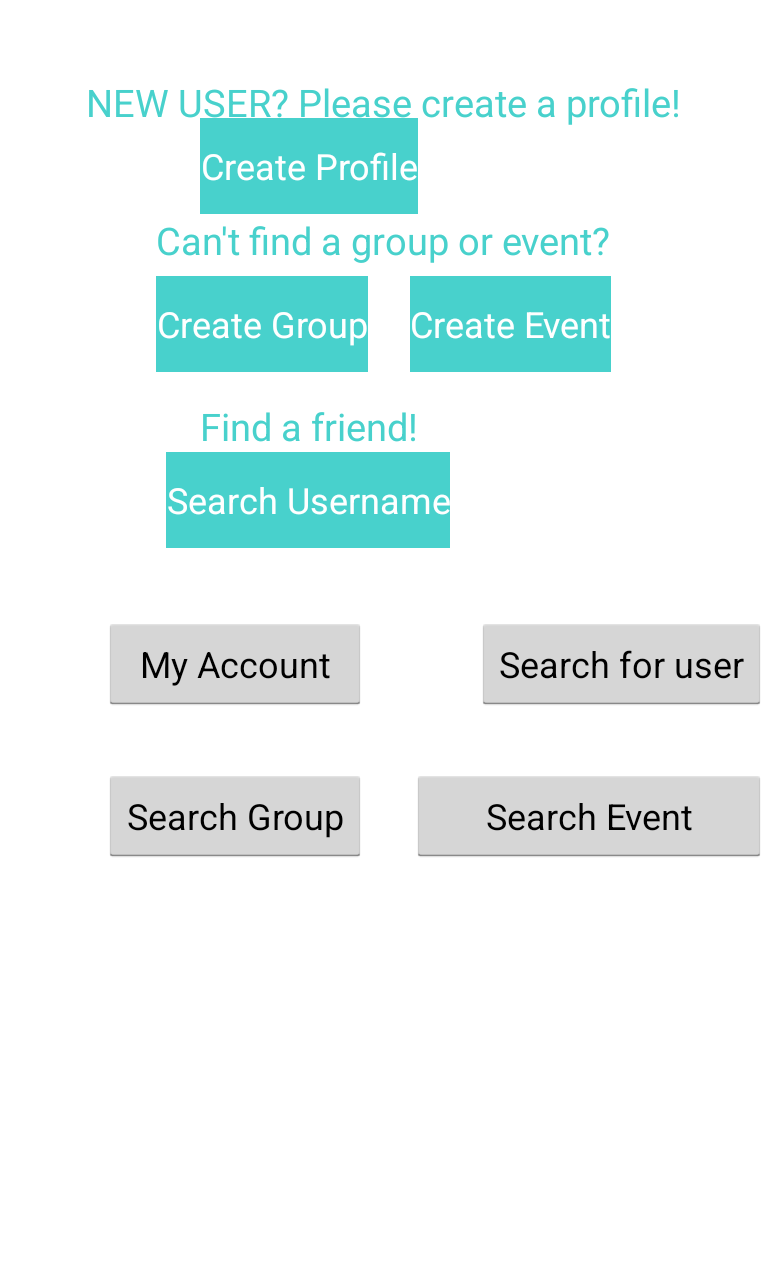
Repository: COMP231-S63G1/COMP231-S63G1
Layout: Wanna/res/layout/activity_person_login_success.xml
The author's editor kept a copy of each file at every save. The layout is drawn from the files as they stood at one save, then again after the next save.
It is drawn on a 768 x 1280 px phone screen (xhdpi) without system bars, with theme AppTheme; the app's code is not run.

Above is the layout before, as saved 2014-12-08 03:22:09.

### Wanna/res/layout/activity_person_login_success.xml
<RelativeLayout xmlns:android="http://schemas.android.com/apk/res/android"
    android:layout_width="match_parent"
    android:layout_height="match_parent" >

    <TextView
        android:id="@+id/textwelcome"
        android:layout_width="300dp"
        android:layout_height="40dp"
        android:layout_marginLeft="100dp"
        android:layout_marginTop="98dp"
        android:gravity="center"
        android:textColor="#48D1CC"
        android:textSize="25sp" />

    <TextView
        android:id="@+id/lname"
        android:layout_width="125dp"
        android:layout_height="40dp"
        android:layout_marginLeft="100dp"
        android:layout_marginTop="98dp"
        android:textColor="#ffffff"
        android:textSize="20sp" />

    <TextView
        android:id="@+id/textView1"
        android:layout_width="wrap_content"
        android:layout_height="wrap_content"
        android:layout_alignParentTop="true"
        android:layout_centerHorizontal="true"
        android:layout_marginTop="38dp"
        android:text="NEW USER? Please create a profile!"
        android:textColor="#48D1CC"
        android:textSize="19sp" />

    <Button
        android:id="@+id/button3"
        android:layout_width="wrap_content"
        android:layout_height="wrap_content"
        android:layout_above="@+id/textView2"
        android:layout_alignLeft="@+id/textwelcome"
        android:background="#48D1CC"
        android:onClick="onCreateProfile"
        android:text="Create Profile"
        android:textColor="#ffffff" />

    <Button
        android:id="@+id/button2"
        android:layout_width="wrap_content"
        android:layout_height="wrap_content"
        android:layout_alignLeft="@+id/textView2"
        android:layout_below="@+id/textwelcome"
        android:background="#48D1CC"
        android:onClick="onCreateGroup"
        android:text="Create Group"
        android:textColor="#ffffff" />

    <Button
        android:id="@+id/button9"
        android:layout_width="wrap_content"
        android:layout_height="wrap_content"
        android:layout_alignBaseline="@+id/button2"
        android:layout_alignBottom="@+id/button2"
        android:layout_alignRight="@+id/textView2"
        android:background="#48D1CC"
        android:onClick="onCreateEvent"
        android:text="Create Event"
        android:textColor="#ffffff" />

    <TextView
        android:id="@+id/textView3"
        android:layout_width="wrap_content"
        android:layout_height="wrap_content"
        android:layout_alignRight="@+id/button3"
        android:layout_below="@+id/button2"
        android:layout_marginTop="14dp"
        android:text="Find a friend!"
        android:textColor="#48D1CC"
        android:textSize="19sp" />

    <Button
        android:id="@+id/button1"
        android:layout_width="wrap_content"
        android:layout_height="wrap_content"
        android:layout_alignRight="@+id/lname"
        android:layout_below="@+id/textView3"
        android:background="#48D1CC"
        android:onClick="onSearchUserName"
        android:text="Search Username"
        android:textColor="#ffffff" />

    <TextView
        android:id="@+id/textView2"
        android:layout_width="wrap_content"
        android:layout_height="wrap_content"
        android:layout_alignBaseline="@+id/textwelcome"
        android:layout_alignBottom="@+id/textwelcome"
        android:layout_centerHorizontal="true"
        android:text="Can&apos;t find a group or event?"
        android:textColor="#48D1CC"
        android:textSize="19sp" />

    <Button
        android:id="@+id/button5"
        android:layout_width="wrap_content"
        android:layout_height="wrap_content"
        android:layout_alignBaseline="@+id/button7"
        android:layout_alignBottom="@+id/button7"
        android:layout_alignLeft="@+id/button9"
        android:layout_alignParentRight="true"
        android:onClick="searcheventclick"
        android:text="Search Event" />

    <Button
        android:id="@+id/button6"
        android:layout_width="wrap_content"
        android:layout_height="wrap_content"
        android:layout_alignBaseline="@+id/button4"
        android:layout_alignBottom="@+id/button4"
        android:layout_alignParentRight="true"
        android:onClick="searchfilterationclick"
        android:text="Search for user" />

    <Button
        android:id="@+id/button4"
        android:layout_width="wrap_content"
        android:layout_height="wrap_content"
        android:layout_alignLeft="@+id/button7"
        android:layout_alignRight="@+id/button7"
        android:layout_below="@+id/button1"
        android:layout_marginTop="34dp"
        android:onClick="myaccountclick"
        android:text="My Account" />

    <Button
        android:id="@+id/button7"
        android:layout_width="wrap_content"
        android:layout_height="wrap_content"
        android:layout_alignRight="@+id/button2"
        android:layout_below="@+id/button4"
        android:layout_marginTop="28dp"
        android:onClick="searchgroupclick"
        android:text="Search Group" />

</RelativeLayout>

Loaded but not shown: Wanna/res/values/styles.xml (common file); Wanna/res/values-v11/styles.xml (common file); Wanna/res/values-v14/styles.xml (common file)

After the next save:
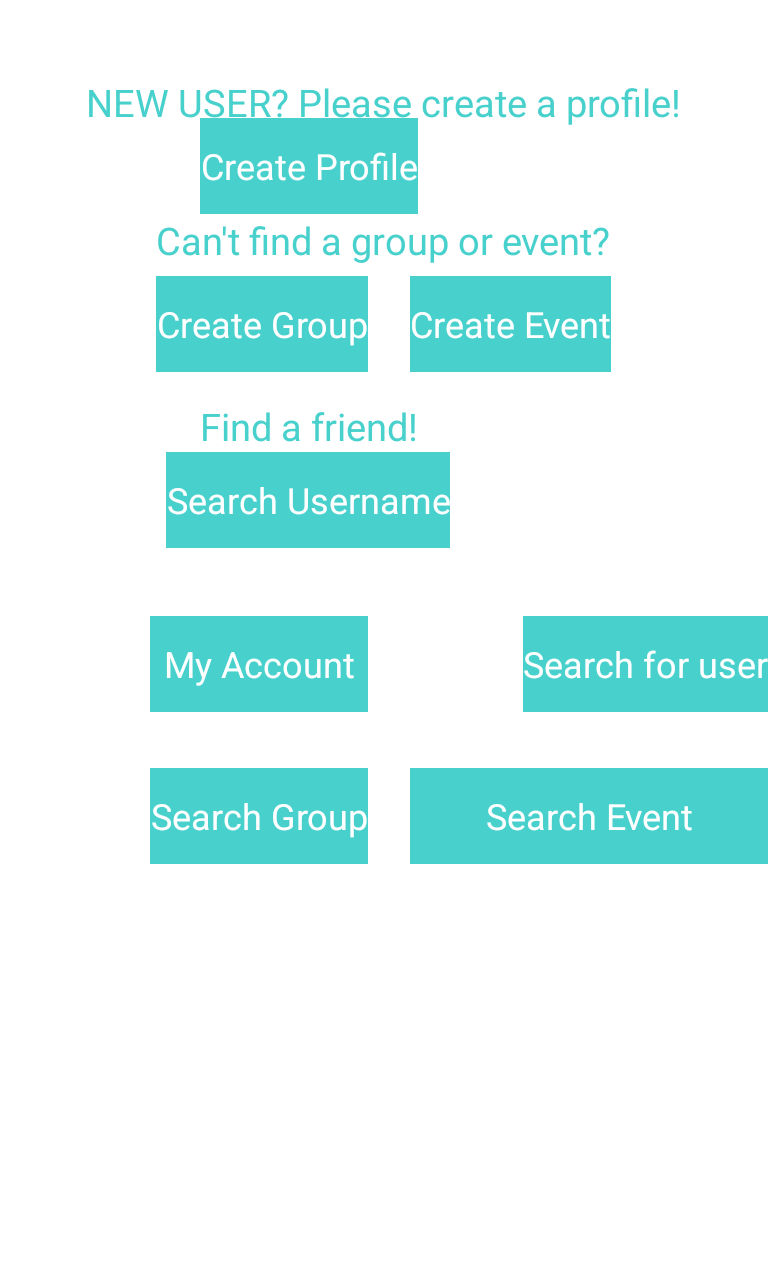
Saved 26 s later.
--- a/Wanna/res/layout/activity_person_login_success.xml
+++ b/Wanna/res/layout/activity_person_login_success.xml
@@ -38,10 +38,11 @@
         android:layout_height="wrap_content"
         android:layout_above="@+id/textView2"
         android:layout_alignLeft="@+id/textwelcome"
-        android:background="#48D1CC"
+
         android:onClick="onCreateProfile"
         android:text="Create Profile"
-        android:textColor="#ffffff" />
+        android:textColor="#ffffff"
+        android:background="#48D1CC" />
 
     <Button
         android:id="@+id/button2"
@@ -108,7 +109,10 @@
         android:layout_alignLeft="@+id/button9"
         android:layout_alignParentRight="true"
         android:onClick="searcheventclick"
-        android:text="Search Event" />
+        android:text="Search Event"
+        android:textColor="#ffffff"
+        android:background="#48D1CC"
+        />
 
     <Button
         android:id="@+id/button6"
@@ -118,7 +122,10 @@
         android:layout_alignBottom="@+id/button4"
         android:layout_alignParentRight="true"
         android:onClick="searchfilterationclick"
-        android:text="Search for user" />
+        android:text="Search for user"
+        android:textColor="#ffffff"
+        android:background="#48D1CC"
+        />
 
     <Button
         android:id="@+id/button4"
@@ -129,7 +136,10 @@
         android:layout_below="@+id/button1"
         android:layout_marginTop="34dp"
         android:onClick="myaccountclick"
-        android:text="My Account" />
+        android:text="My Account"
+        android:textColor="#ffffff"
+        android:background="#48D1CC"
+        />
 
     <Button
         android:id="@+id/button7"
@@ -139,6 +149,9 @@
         android:layout_below="@+id/button4"
         android:layout_marginTop="28dp"
         android:onClick="searchgroupclick"
-        android:text="Search Group" />
+        android:text="Search Group"
+        android:textColor="#ffffff"
+        android:background="#48D1CC"
+        />
 
 </RelativeLayout>
